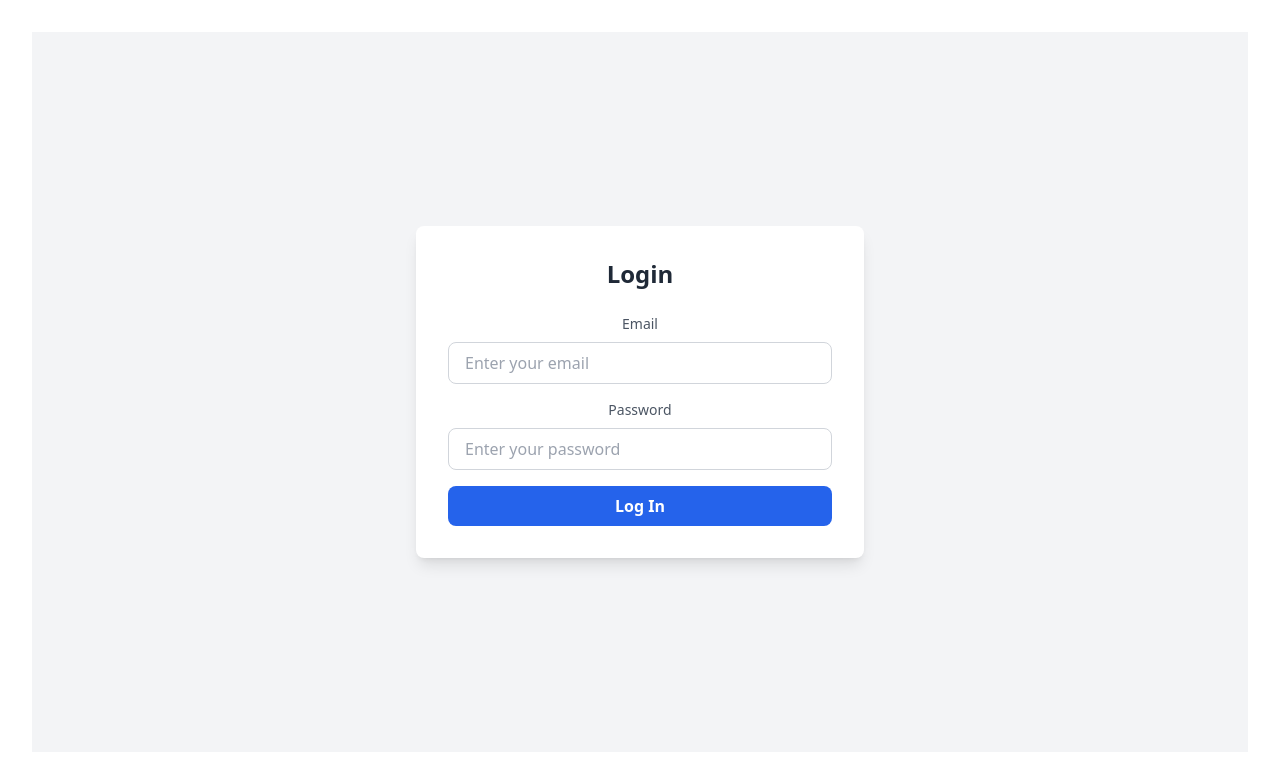
Repository: TEKVOLUTION-LTD/Admin-washKonnect
Page: /dashboard/users (app in Admin-WashKonnect/)
The author's editor kept a copy of each file at every save. The page is drawn from the files as they stood at one save, then again after the next save.
The browser window is 1280 px wide. The pictures show the whole page.
The project was rebuilt for these pictures with package versions that can differ from the ones it lists, and the page was loaded fresh each time. Also part of the build but not shown: Admin-WashKonnect/vite.config.js.

Above is the page before, as saved 2024-11-13 01:39:43.

After the next save:
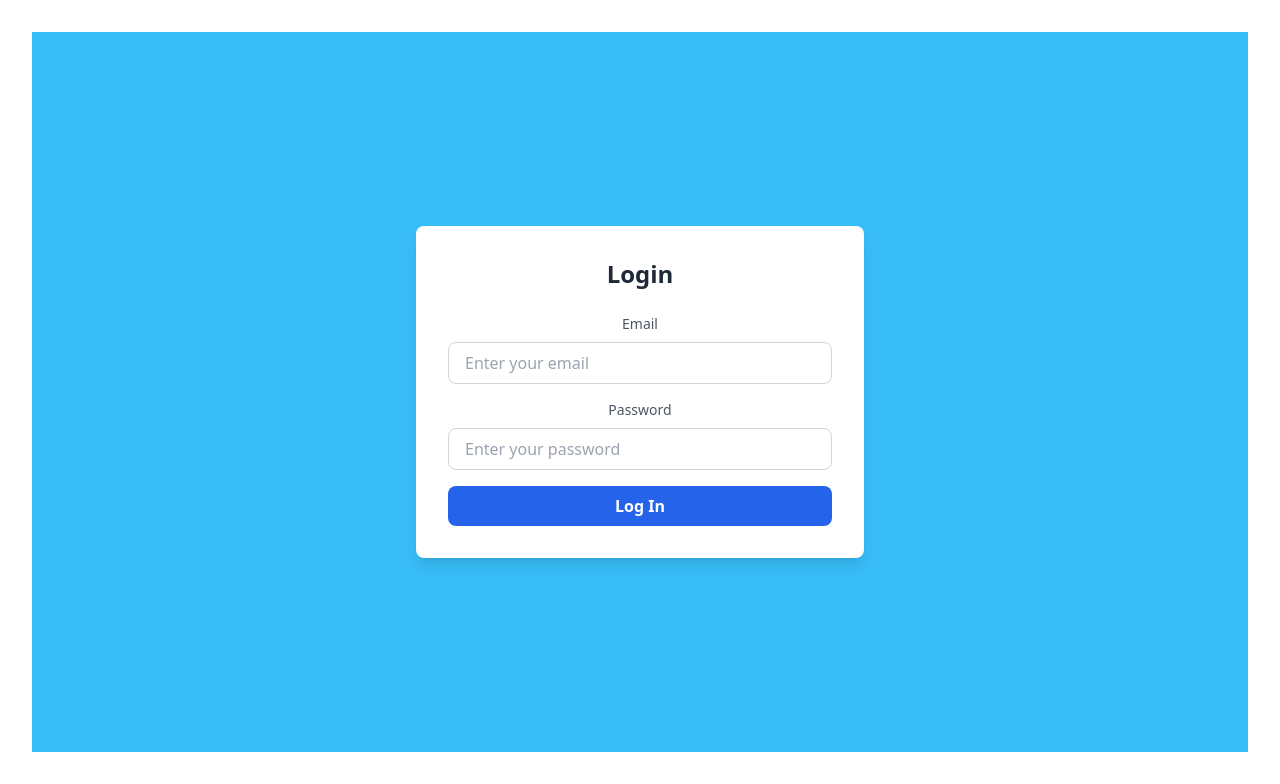
Saved 4 min 53 s later.
--- a/Admin-WashKonnect/src/components/Login.jsx
+++ b/Admin-WashKonnect/src/components/Login.jsx
@@ -16,7 +16,7 @@ const Login = () => {
   return (
 
     <>
-    <div className="flex items-center justify-center min-h-screen bg-gray-100">
+    <div className="flex items-center justify-center min-h-screen bg-sky-400">
       <div className="w-full max-w-md p-8 space-y-6 bg-white rounded-lg shadow-lg">
         <h2 className="text-2xl font-bold text-center text-gray-800">Login</h2>
         <form className="space-y-4" onSubmit={handleSubmit}>
